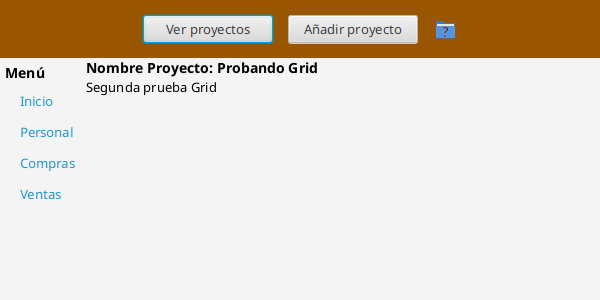
Repository: anxoportela/PROG
Program's window: java Java_Interfaz/ProyectoJavaFX/src/com/acarballeira/javaFX/ejemplo8/App.java
These files come from the project's save history. The program's window is drawn as it stood at one moment and after the next save; the edit follows.
It runs on Java 21 on a 1366 x 768 screen with JavaFX 11; the title bar is not drawn. It also reads Java_Interfaz/ProyectoJavaFX/src/com/acarballeira/javaFX/recursos/icona_cartafol.

Above is the program's window before, as saved 2020-03-05 20:48:45.

### Java_Interfaz/ProyectoJavaFX/src/com/acarballeira/javaFX/ejemplo8/App.java
package com.acarballeira.javaFX.ejemplo8;

import java.io.InputStream;
import javafx.application.Application;
import javafx.geometry.Insets;
import javafx.geometry.Pos;
import javafx.scene.Scene;
import javafx.scene.control.Button;
import javafx.scene.control.Hyperlink;
import javafx.scene.control.Label;
import javafx.scene.image.Image;
import javafx.scene.image.ImageView;
import javafx.scene.layout.BorderPane;
import javafx.scene.layout.GridPane;
import javafx.scene.layout.HBox;
import javafx.scene.layout.Pane;
import javafx.scene.layout.StackPane;
import javafx.scene.layout.VBox;
import javafx.scene.paint.Color;
import javafx.scene.text.Font;
import javafx.scene.text.FontWeight;
import javafx.scene.text.Text;
import javafx.stage.Stage;

public class App extends Application {
	@Override
	public void start(Stage primaryStage) {

		primaryStage.setTitle("Ola Mundo!!!");

		BorderPane bp = new BorderPane();
		HBox hbox = (HBox) crearHbox();
		VBox vbox = (VBox) crearVbox();
		StackPane sp = (StackPane) crearStackPane();
		GridPane gp = (GridPane) crearGridPane();

		bp.setTop(hbox);
		bp.setLeft(vbox);
		hbox.setAlignment(Pos.CENTER);
		hbox.getChildren().add(sp);
		bp.setCenter(gp);

		Scene primaryScene = new Scene(bp, 600, 300, Color.AQUA);
		primaryStage.setScene(primaryScene);
		primaryStage.show();

	}

	private Pane crearGridPane() {
		GridPane grid = new GridPane();

		Text titulo = new Text("Nombre Proyecto: ");
		titulo.setFont(Font.font("Verdana", FontWeight.BOLD, 14));
		grid.add(titulo, 1, 0);

		Text nomeProx = new Text("Probando Grid");
		nomeProx.setFont(Font.font("Verdana", FontWeight.BOLD, 14));
		grid.add(nomeProx, 2, 0);

		Text entradilla = new Text("Segunda prueba Grid");
		grid.add(entradilla, 1,1,2,1);

		return grid;
	}

	private Pane crearStackPane() {
		StackPane stack = new StackPane();
		InputStream is = App.class.getResourceAsStream("/com/acarballeira/javaFX/recursos/icona_cartafol.png");
		Image img = new Image(is);
		ImageView imgV = new ImageView(img);
		imgV.setFitHeight(25);
		imgV.setFitWidth(25);

		Text ayuda = new Text("?");
		ayuda.setFont(Font.font("Verdana", FontWeight.BOLD, 14));
		ayuda.setFill(Color.BLACK);
		ayuda.setStroke(Color.web("#9090C0"));
		//ayuda.setStrokeWidth(2.5);
		stack.setMargin(ayuda, new Insets(5,0,0,0));
		stack.getChildren().add(imgV);
		stack.getChildren().add(ayuda);
		return stack;
	}

	private Pane crearHbox() {
		HBox hbox = new HBox();
		Button btn1 = new Button("Ver proyectos");
		Button btn2 = new Button("Añadir proyecto");
		hbox.setPadding(new Insets(15, 15, 15, 15));
		hbox.setSpacing(15);
		hbox.setStyle("-fx-background-color: #995500");
		btn1.setPrefSize(130, 25);
		btn2.setPrefSize(130, 25);
		hbox.getChildren().addAll(btn1, btn2);
		return hbox;
	}

	private Pane crearVbox() {
		VBox vbox = new VBox();
		vbox.setSpacing(5);
		vbox.setPadding(new Insets(5));
		Text titulo = new Text("Menú");
		titulo.setFont(Font.font("Arial", FontWeight.BOLD, 14));
		vbox.getChildren().add(titulo);

		Hyperlink [] opciones = new Hyperlink[] {
				new Hyperlink("Inicio"),
				new Hyperlink("Personal"),
				new Hyperlink("Compras"),
				new Hyperlink("Ventas"),
		};

		for (int i = 0; i < opciones.length; i++) {
			VBox.setMargin(opciones[i], new Insets(0,0,0,10));
			vbox.getChildren().add(opciones[i]);
		}

		return vbox;
	}

	public static void main(String[] args) {
		Application.launch();
	}
}

After the next save:
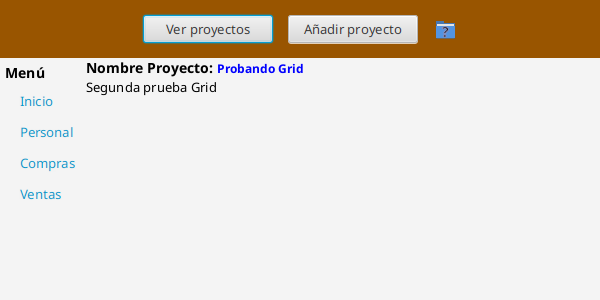
Saved 118 s later.
--- a/Java_Interfaz/ProyectoJavaFX/src/com/acarballeira/javaFX/ejemplo8/App.java
+++ b/Java_Interfaz/ProyectoJavaFX/src/com/acarballeira/javaFX/ejemplo8/App.java
@@ -54,7 +54,8 @@
 		grid.add(titulo, 1, 0);
 
 		Text nomeProx = new Text("Probando Grid");
-		nomeProx.setFont(Font.font("Verdana", FontWeight.BOLD, 14));
+		nomeProx.setFont(Font.font("Verdana", FontWeight.BOLD, 12));
+		nomeProx.setFill(Color.BLUE);
 		grid.add(nomeProx, 2, 0);
 
 		Text entradilla = new Text("Segunda prueba Grid");
